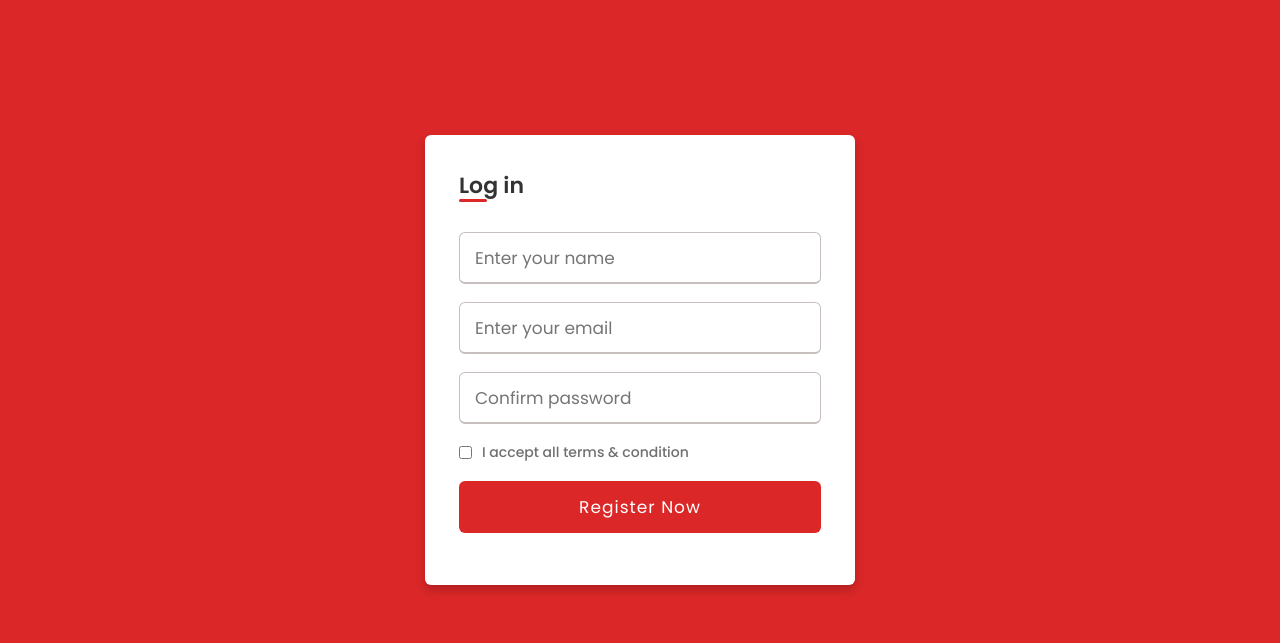
Repository: maximusprimeavenger/LibraryJavaServlet
Page: Servlet/src/main/webapp/Login.html
The author's editor kept a copy of each file at every save. The page is drawn from the files as they stood at one save, then again after the next save.
The browser window is 1280 px wide. The pictures show the whole page.

Above is the page before, as saved 2024-03-30 16:44:58.
Not found: Servlet/src/main/webapp/style.css

### Servlet/src/main/webapp/Login.html
<!DOCTYPE html>
<html lang="en" dir="ltr">
  <head>
    <meta charset="UTF-8">
    <meta name="viewport" content="width=device-width, initial-scale=1.0">
    <title>Log in</title>
    <link rel="stylesheet" href="style.css">
	<style>
		@import url('https://fonts.googleapis.com/css?family=Poppins:400,500,600,700&display=swap');
		*{
		  margin: 0;
		  padding: 0;
		  box-sizing: border-box;
		  font-family: 'Poppins', sans-serif;
		}
		body{
		  min-height: 100vh;
		  display: flex;
		  align-items: center;
		  justify-content: center;
		  background: 		  #db2727;
		}
		.wrapper{
		  position: relative;
		  max-width: 430px;
		  width: 100%;
		  background: #fff;
		  padding: 34px;
		  border-radius: 6px;
		  box-shadow: 0 5px 10px rgba(0,0,0,0.2);
		}
		.wrapper h2{
		  position: relative;
		  font-size: 22px;
		  font-weight: 600;
		  color: #333;
		}
		.wrapper h2::before{
		  content: '';
		  position: absolute;
		  left: 0;
		  bottom: 0;
		  height: 3px;
		  width: 28px;
		  border-radius: 12px;
		  background: 		  #db2727;
		}
		.wrapper form{
		  margin-top: 30px;
		}
		.wrapper form .input-box{
		  height: 52px;
		  margin: 18px 0;
		}
		form .input-box input{
		  height: 100%;
		  width: 100%;
		  outline: none;
		  padding: 0 15px;
		  font-size: 17px;
		  font-weight: 400;
		  color: #333;
		  border: 1.5px solid #C7BEBE;
		  border-bottom-width: 2.5px;
		  border-radius: 6px;
		  transition: all 0.3s ease;
		}
		.input-box input:focus,
		.input-box input:valid{
		  border-color: 			#db2727;
		}
		form .policy{
		  display: flex;
		  align-items: center;
		}
		form h3{
		  color: #707070;
		  font-size: 14px;
		  font-weight: 500;
		  margin-left: 10px;
		}
		.input-box.button input{
		  color: #fff;
		  letter-spacing: 1px;
		  border: none;
		  background: 		  #db2727;
		  cursor: pointer;
		}
		.input-box.button input:hover{
		  background: 			#c42d2d;
		}
		form .text h3{
		 color: #333;
		 width: 100%;
		 text-align: center;
		}
		form .text h3 a{
		  color: 			#db2727;
		  text-decoration: none;
		}
		form .text h3 a:hover{
		  text-decoration: underline;
		}
	</style>
   </head>
<body>
  <div class="wrapper">
    <h2>Log in</h2>
    <form action="login" method="post">
      <div class="input-box">
        <input type="text" name = "name" placeholder="Enter your name" required>
      </div>
      <div class="input-box">
        <input type="text" name = "email" placeholder="Enter your email" required>
      </div>
      <div class="input-box">
        <input type="password" name = "password" placeholder="Confirm password" required>
      </div>
      <div class="policy">
        <input type="checkbox">
        <h3>I accept all terms & condition</h3>
      </div>
      <div class="input-box button">
        <input type="Submit" value="Register Now">
      </div>
    </form>
  </div>
</body>
</html>

After the next save:
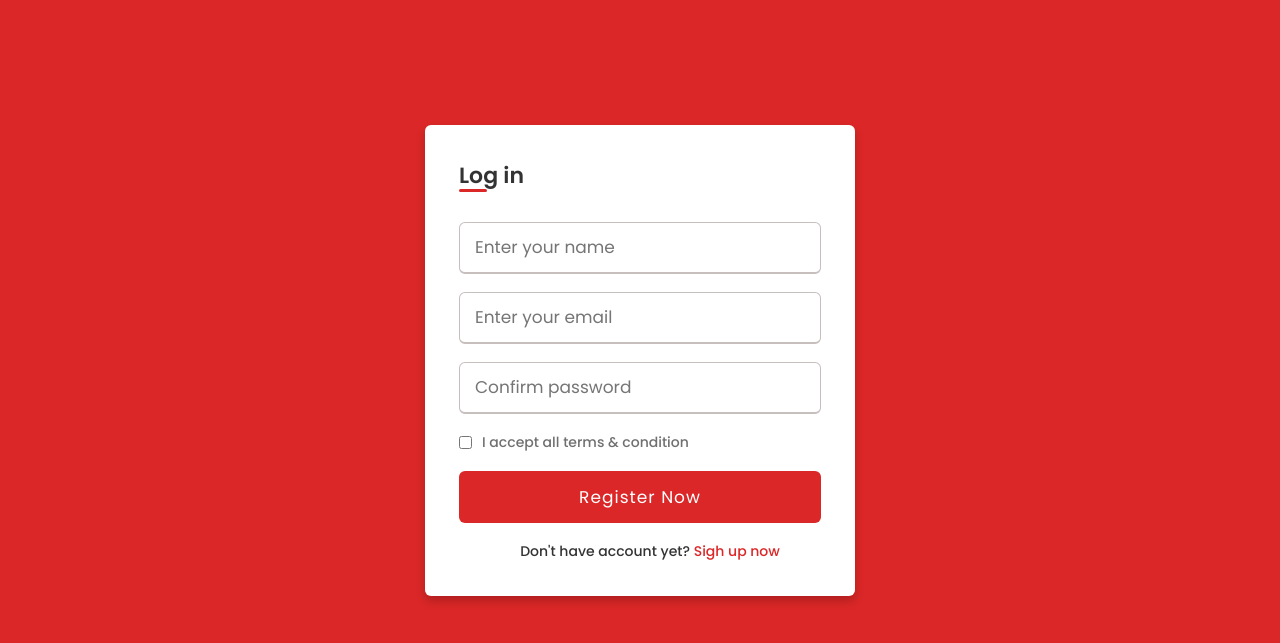
Saved 13 h 1 min later.
--- a/Servlet/src/main/webapp/Login.html
+++ b/Servlet/src/main/webapp/Login.html
@@ -123,6 +123,9 @@
       <div class="input-box button">
         <input type="Submit" value="Register Now">
       </div>
+	  <div class="text">
+	         <h3>Don't have account yet? <a href="Login.html">Sigh up now</a></h3>
+	       </div>
     </form>
   </div>
 </body>
